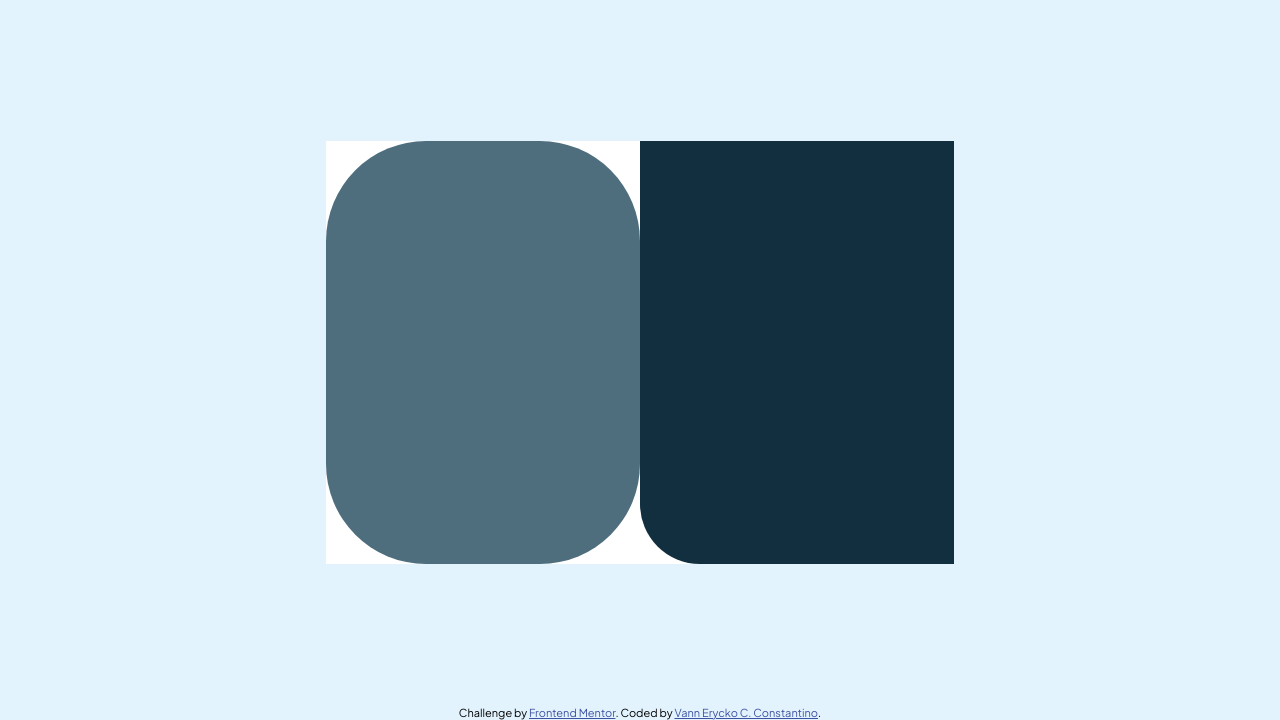
Repository: kocokoy/mortgage-repayment-calculator
Page: index.html
The author's editor kept a copy of each file at every save. The page is drawn from the files as they stood at one save, then again after the next save.
The browser window is 1280 px wide. The pictures show the whole page.

Above is the page before, as saved 2024-10-29 09:57:11.

After the next save:
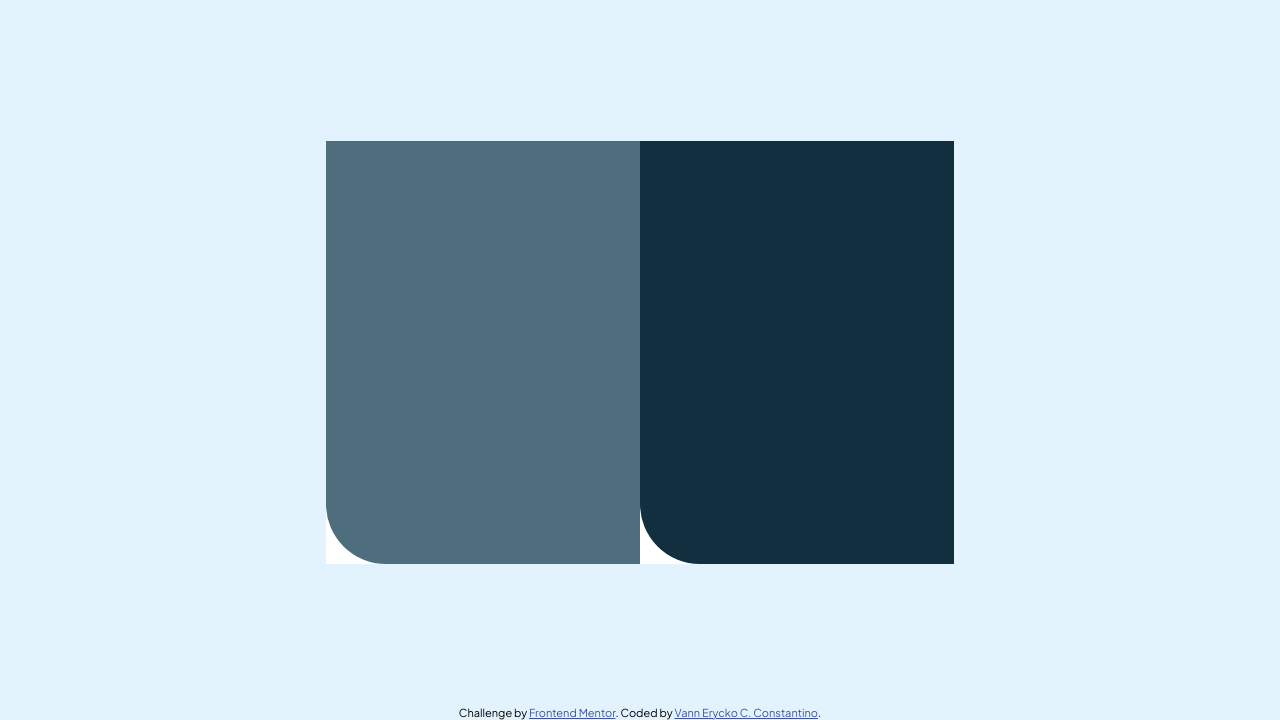
Saved 26 s later.
--- a/styles/style.css
+++ b/styles/style.css
@@ -47,7 +47,7 @@ body{
 height: 100%;
 width: 50%;
 background-color: var(--slate700);
-border-radius: 100px;
+border-bottom-left-radius: 60px;
 
 }
 .result-side{
